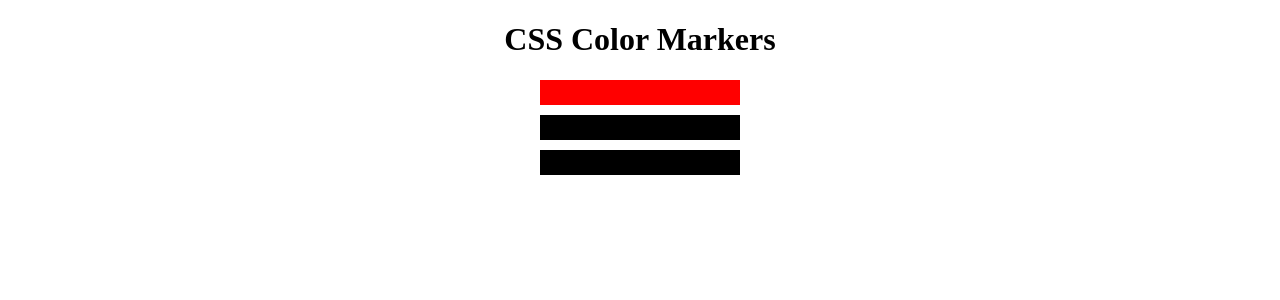
Repository: AimenDje/ColoredMarkers
Page: index.html
These files come from the project's save history. The page is drawn as it stood at one moment and after the next save; the edit follows.
The browser window is 1280 px wide. The pictures show the whole page.

Above is the page before, as saved 2025-05-08 16:34:32.

After the next save:
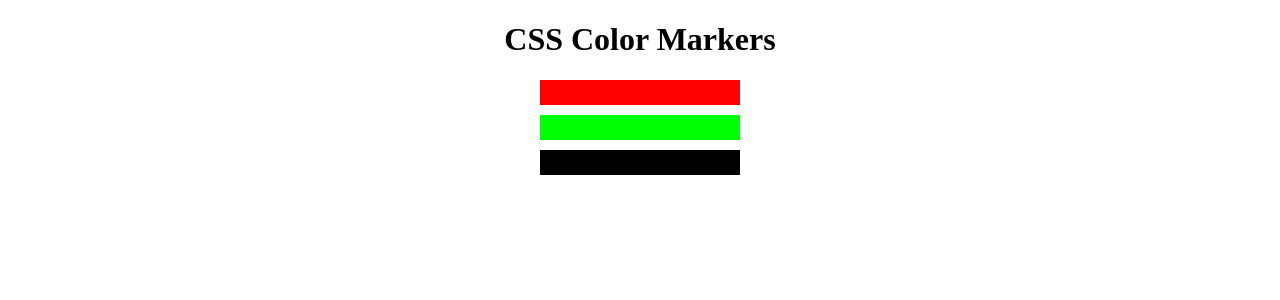
Saved 85 s later.
--- a/styles.css
+++ b/styles.css
@@ -13,7 +13,7 @@
 }
 
 .green {
-    background-color: rgb(0,0, 0);
+    background-color: #00FF00;
 }
 
 .blue {
